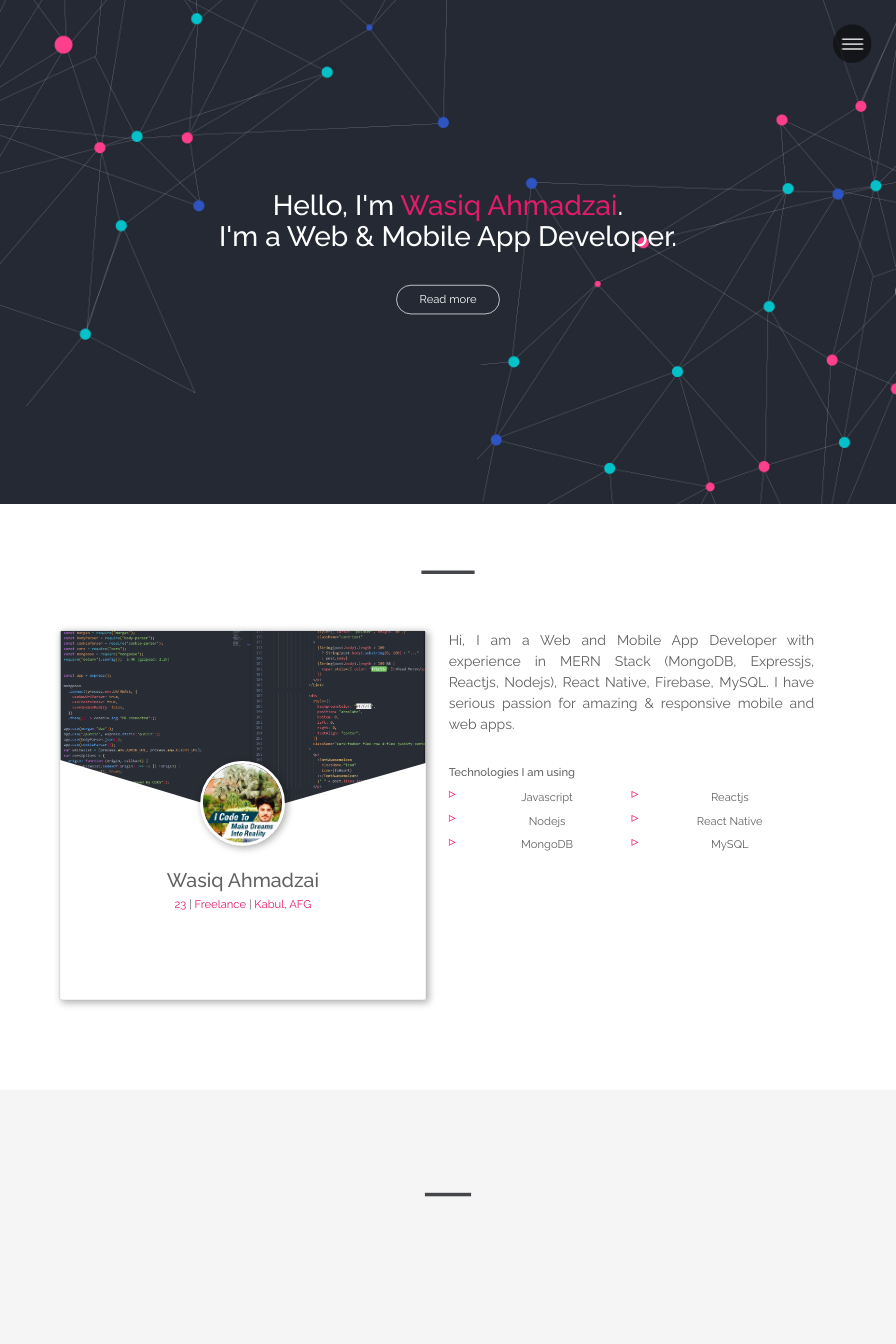
Repository: wasiqkhan/wasiqkhan.github.io
Page: index.html
The author's editor kept a copy of each file at every save. The page is drawn from the files as they stood at one save, then again after the next save.
The browser window is 1280 px wide. The pictures show the part of the page from y = 0 to 1920 px (the page is 5002 px tall), at 70% of full size.
Some web fonts or font styles are not loaded; a fallback is used.

Above is the page before, as saved 2020-11-06 17:32:27.
Not found: js/all.js
Not found: js/app.js
Not found: js/particles.js

After the next save:
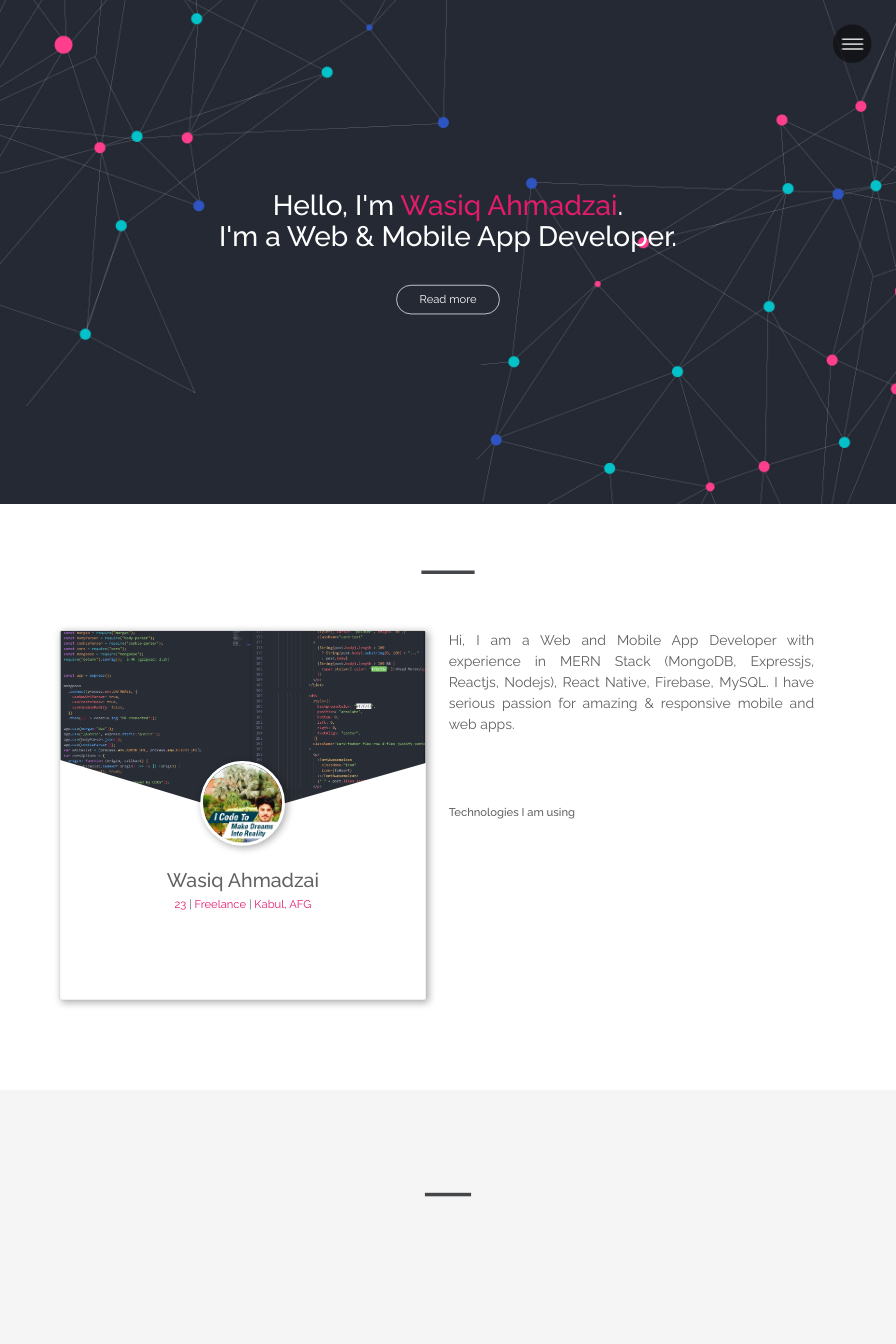
Saved 12 s later.
--- a/index.html
+++ b/index.html
@@ -147,7 +147,7 @@
 
         </div>
         <h6 style="text-align:left">Technologies I am using</h6>
-        <div class="service-items" style="padding: 0 0">
+        <!-- <div class="service-items" style="padding: 0 0">
         <ul class="skill-set">
           <li>Javascript</li>
           <li>Reactjs</li>
@@ -156,7 +156,7 @@
           <li>MongoDB</li>
           <li>MySQL</li>
         </ul>
-      </div>
+      </div> -->
         <!-- <div class="service-items flex-wrap" style="padding: 0 0">
             <div class="item fun-facts" style="margin-right: 10px ;background: #252934">
               <div>
